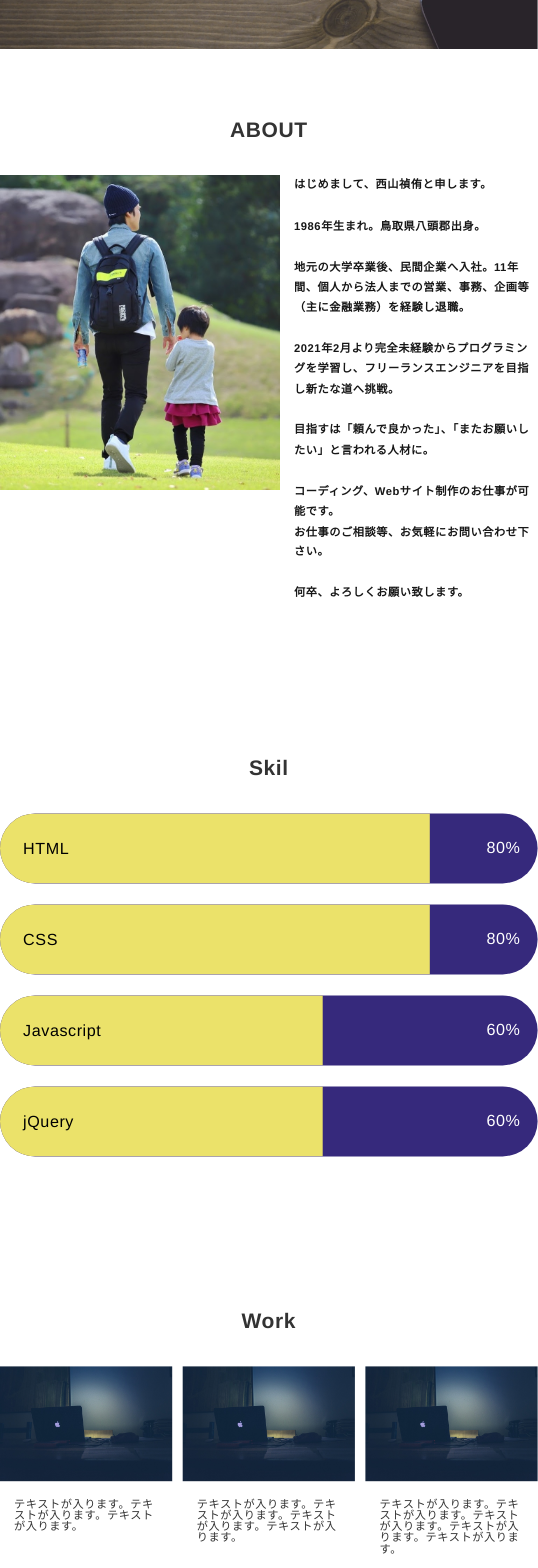
Repository: sadayuki15/portfolio
Page: index.html
These files come from the project's save history. The page is drawn as it stood at one moment and after a run of saves; the edit follows.
The browser window is 768 px wide. The pictures show the part of the page from y = 730 to 2970 px (the page is 3892 px tall before and 3907 px after), at 70% of full size.

Above is the page before, as saved 2021-04-26 01:54:54.

After the next 2 saves:
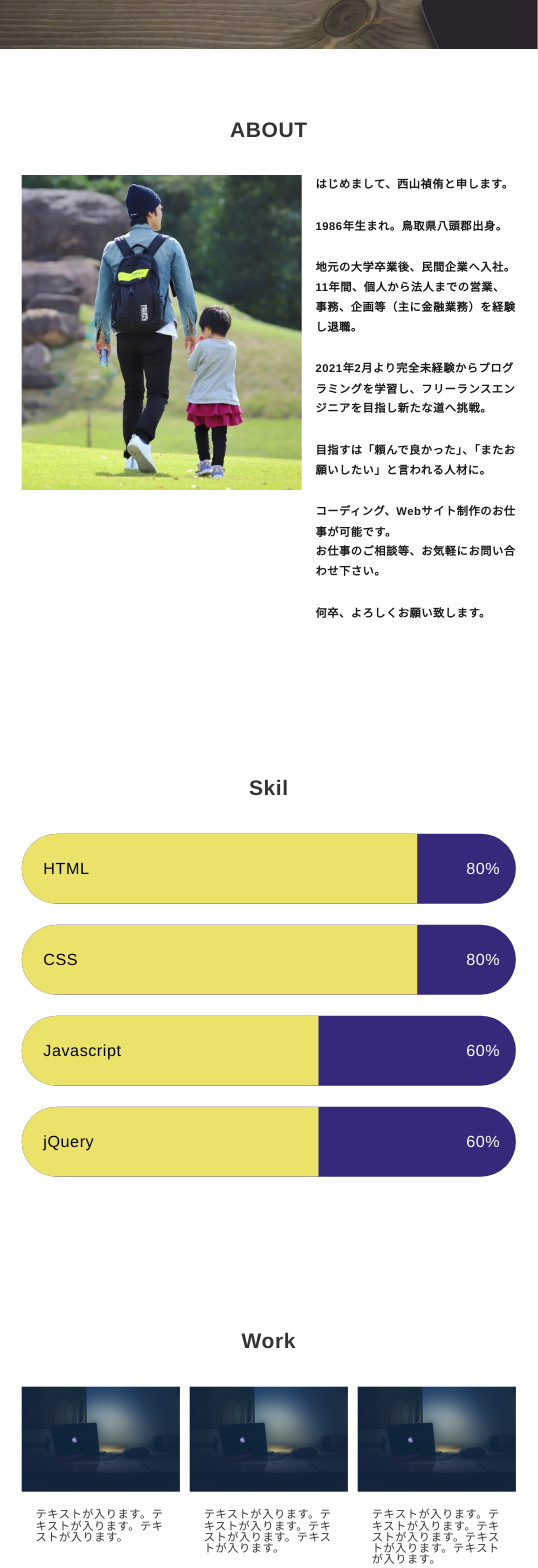
The 2 saves are shown as one change because they came seconds apart.
The last was saved 7 s later.
--- a/css/style.css
+++ b/css/style.css
@@ -320,7 +320,7 @@ button {
     width: 90px;
   }
   .section-inner {
-    padding: 0 ;
+    padding: 0 4vw;
   }
 
   /*-------- header -------*/
